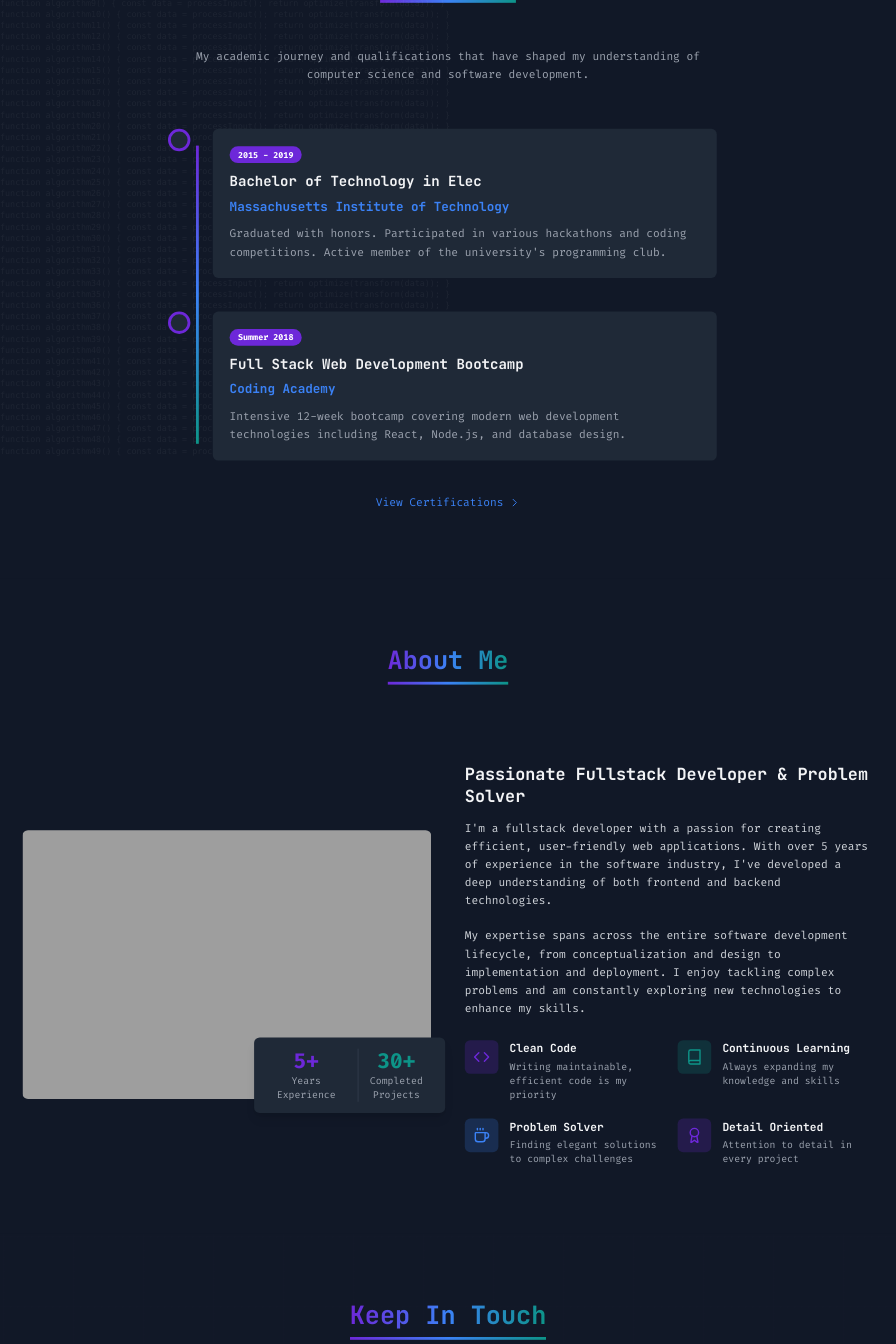
Repository: Saquib45/portfolio
Page: /
An editor plug-in stored every save of this project. The page is shown before and after the next save, followed by the edit.
The browser window is 1280 px wide. The pictures show the part of the page from y = 4210 to 6130 px (the page is 7425 px tall before and 7453 px after), at 70% of full size.
Pictures or frames that could not be fetched are drawn as grey boxes. The project was rebuilt for these pictures with package versions that can differ from the ones it lists, and the page was loaded fresh each time. Also part of the build but not shown: vite.config.ts.

Above is the page before, as saved 2025-04-24 14:16:02.

### index.html
<!doctype html>
<html lang="en">
  <head>
    <meta charset="UTF-8" />
    <link rel="icon" type="image/svg+xml" href="/vite.svg" />
    <meta name="viewport" content="width=device-width, initial-scale=1.0" />
    <title>Developer Portfolio | Fullstack Software Engineer</title>
    <link rel="preconnect" href="https://fonts.googleapis.com">
    <link rel="preconnect" href="https://fonts.gstatic.com" crossorigin>
    <link href="https://fonts.googleapis.com/css2?family=JetBrains+Mono:wght@400;500;700&family=Fira+Code:wght@300;400;500;700&display=swap" rel="stylesheet">
  </head>
  <body>
    <div id="root"></div>
    <script type="module" src="/src/main.tsx"></script>
  </body>
</html>

### src/App.tsx
import React from 'react';
import Navbar from './components/Navbar';
import Hero from './components/Hero';
import Skills from './components/Skills';
import Projects from './components/Projects';
import Education from './components/Education';
import About from './components/About';
import Contact from './components/Contact';
import Footer from './components/Footer';
import FloatingNav from './components/FloatingNav';

function App() {
  return (
    <div className="bg-gray-900 text-gray-100 font-fira">
      <Navbar />
      <main>
        <Hero />
        <Skills />
        <Projects />
        <Education />
        <About />
        <Contact />
      </main>
      <Footer />
      <FloatingNav />
    </div>
  );
}

export default App;

### src/index.css
@tailwind base;
@tailwind components;
@tailwind utilities;

@layer base {
  html {
    scroll-behavior: smooth;
  }

  body {
    @apply bg-gray-900 text-gray-100;
    overflow-x: hidden;
  }

  h1, h2, h3, h4, h5, h6 {
    @apply font-jetbrains font-bold;
  }

  h1 {
    @apply text-4xl md:text-5xl lg:text-6xl;
  }

  h2 {
    @apply text-3xl md:text-4xl;
  }

  h3 {
    @apply text-2xl md:text-3xl;
  }

  p {
    @apply leading-relaxed;
  }
}

@layer components {
  .container-custom {
    @apply container mx-auto px-4 sm:px-6 lg:px-8 max-w-7xl;
  }

  .gradient-text {
    @apply bg-clip-text text-transparent bg-gradient-to-r from-primary via-accent to-secondary;
  }

  .section-padding {
    @apply py-16 md:py-24;
  }

  .section-title {
    @apply text-3xl md:text-4xl font-bold mb-12 text-center relative pb-4 inline-block;
  }

  .section-title::after {
    content: '';
    @apply absolute bottom-0 left-0 w-full h-1 bg-gradient-to-r from-primary via-accent to-secondary;
  }

  .card {
    @apply bg-gray-800 rounded-lg p-6 transition-all;
  }

  .btn {
    @apply inline-flex items-center justify-center px-6 py-3 rounded-lg font-medium transition-all duration-300 focus:outline-none focus:ring-2 focus:ring-offset-2 focus:ring-offset-gray-900;
  }

  .btn-primary {
    @apply bg-primary hover:bg-primary-600 text-white focus:ring-primary;
  }

  .btn-secondary {
    @apply bg-secondary hover:bg-secondary-600 text-white focus:ring-secondary;
  }

  .btn-accent {
    @apply bg-accent hover:bg-accent-600 text-white focus:ring-accent;
  }

  .btn-outline {
    @apply border-2 border-gray-600 hover:border-primary hover:text-primary focus:ring-primary;
  }

  .input {
    @apply block w-full px-4 py-3 bg-gray-800 border border-gray-700 rounded-lg focus:outline-none focus:ring-2 focus:ring-primary focus:border-transparent transition-colors;
  }
}

/* Scroll animations */
.fade-in-section {
  opacity: 0;
  transform: translateY(20px);
  transition: opacity 0.6s ease-out, transform 0.6s ease-out;
}

.fade-in-section.is-visible {
  opacity: 1;
  transform: translateY(0);
}

/* Project card hover effect */
.project-card {
  transition: transform 0.3s ease, box-shadow 0.3s ease;
}

.project-card:hover {
  transform: translateY(-5px);
  box-shadow: 0 10px 20px rgba(0, 0, 0, 0.2);
}

/* Cursor animation */
.cursor {
  display: inline-block;
  width: 2px;
  height: 1em;
  background-color: currentColor;
  margin-left: 2px;
  animation: blink 1s infinite;
}

@keyframes blink {
  0%, 100% { opacity: 1; }
  50% { opacity: 0; }
}

/* Skill card hover effect */
.skill-card {
  transition: all 0.3s ease;
}

.skill-card:hover {
  transform: translateY(-5px);
  box-shadow: 0 0 15px rgba(109, 40, 217, 0.5);
}

### src/components/Hero.tsx
import React from 'react';
import { motion } from 'framer-motion';
import { TypeAnimation } from 'react-type-animation';
import { ChevronDown } from 'lucide-react';
import { Link } from 'react-scroll';

const Hero: React.FC = () => {
  return (
    <section
      id="hero"
      className="relative min-h-screen flex items-center justify-center bg-hero-pattern bg-gray-900 overflow-hidden"
    >
      <div className="absolute inset-0 bg-gradient-radial from-transparent to-gray-900 z-0"></div>

      {/* Animated Background Elements */}
      <div className="absolute inset-0 z-0">
        <motion.div
          className="absolute top-1/4 left-1/4 w-64 h-64 bg-primary/20 rounded-full blur-3xl"
          animate={{
            x: [0, 50, 0],
            y: [0, 30, 0],
          }}
          transition={{
            duration: 15,
            repeat: Infinity,
            ease: "easeInOut"
          }}
        />
        <motion.div
          className="absolute bottom-1/3 right-1/3 w-96 h-96 bg-secondary/20 rounded-full blur-3xl"
          animate={{
            x: [0, -70, 0],
            y: [0, 40, 0],
          }}
          transition={{
            duration: 18,
            repeat: Infinity,
            ease: "easeInOut",
            delay: 1
          }}
        />
        <motion.div
          className="absolute top-1/2 right-1/4 w-72 h-72 bg-accent/20 rounded-full blur-3xl"
          animate={{
            x: [0, 60, 0],
            y: [0, -40, 0],
          }}
          transition={{
            duration: 20,
            repeat: Infinity,
            ease: "easeInOut",
            delay: 2
          }}
        />
      </div>

      <div className="container-custom relative z-10">
        <motion.div
          className="text-center"
          initial={{ opacity: 0, y: 20 }}
          animate={{ opacity: 1, y: 0 }}
          transition={{ duration: 0.8 }}
        >
          <motion.p
            className="text-lg md:text-xl text-accent mb-4"
            initial={{ opacity: 0 }}
            animate={{ opacity: 1 }}
            transition={{ delay: 0.2, duration: 0.8 }}
          >
            Hello, I'm
          </motion.p>

          <motion.h1
            className="text-4xl md:text-6xl lg:text-7xl font-bold mb-6"
            initial={{ opacity: 0 }}
            animate={{ opacity: 1 }}
            transition={{ delay: 0.4, duration: 0.8 }}
          >
            <span className="gradient-text">Sakib Maniyar</span>
          </motion.h1>

          <motion.div
            className="text-xl md:text-3xl text-gray-300 mb-8 h-16 flex justify-center items-center"
            initial={{ opacity: 0 }}
            animate={{ opacity: 1 }}
            transition={{ delay: 0.6, duration: 0.8 }}
          >
            <TypeAnimation
              sequence={[
                'Fullstack Developer',
                2000,
                'Software Developer',
                2000,
                'Problem Solver',
                2000,
                'Code Craftsman',
                2000,
              ]}
              speed={50}
              repeat={Infinity}
              className="font-jetbrains"
            />
          </motion.div>

          <motion.div
            className="flex flex-col sm:flex-row justify-center gap-4"
            initial={{ opacity: 0 }}
            animate={{ opacity: 1 }}
            transition={{ delay: 0.8, duration: 0.8 }}
          >
            <Link
              to="projects"
              smooth={true}
              duration={800}
              offset={-70}
              className="btn btn-primary"
            >
              View My Work
            </Link>
            <Link
              to="contact"
              smooth={true}
              duration={800}
              offset={-70}
              className="btn btn-outline"
            >
              Contact Me
            </Link>
          </motion.div>
        </motion.div>
      </div>

      <div className="absolute bottom-8 left-1/2 transform -translate-x-1/2 z-10">
        <motion.div
          animate={{ y: [0, 10, 0] }}
          transition={{
            duration: 1.5,
            repeat: Infinity,
            ease: "easeInOut"
          }}
        >
          <Link
            to="skills"
            smooth={true}
            duration={800}
            className="cursor-pointer"
          >
            <ChevronDown className="w-8 h-8 text-gray-400 hover:text-white transition-colors" />
          </Link>
        </motion.div>
      </div>
    </section>
  );
};

export default Hero;

### src/components/Education.tsx
import React from 'react';
import { motion } from 'framer-motion';
import { useInView } from 'react-intersection-observer';

interface EducationItem {
  degree: string;
  institution: string;
  period: string;
  description: string;
}

const Education: React.FC = () => {
  const [ref, inView] = useInView({
    triggerOnce: true,
    threshold: 0.1,
  });

  const containerVariants = {
    hidden: { opacity: 0 },
    visible: {
      opacity: 1,
      transition: {
        staggerChildren: 0.3,
      },
    },
  };

  const itemVariants = {
    hidden: { x: -50, opacity: 0 },
    visible: {
      x: 0,
      opacity: 1,
      transition: { duration: 0.6, ease: "easeOut" },
    },
  };

  const education: EducationItem[] = [
    // {
    //   degree: "Master of Science in Computer Science",
    //   institution: "Stanford University",
    //   period: "2019 - 2021",
    //   description: "Specialized in Artificial Intelligence and Machine Learning. Completed thesis on 'Neural Network Optimization Techniques for Real-time Applications'."
    // },
    {
      degree: "Bachelor of Technology in Elec",
      institution: "Massachusetts Institute of Technology",
      period: "2015 - 2019",
      description: "Graduated with honors. Participated in various hackathons and coding competitions. Active member of the university's programming club."
    },
    {
      degree: "Full Stack Web Development Bootcamp",
      institution: "Coding Academy",
      period: "Summer 2018",
      description: "Intensive 12-week bootcamp covering modern web development technologies including React, Node.js, and database design."
    },
  ];

  return (
    <section id="education" className="section-padding bg-gray-900 relative overflow-hidden">
      <div className="container-custom">
        <div className="text-center mb-16">
          <h2 className="section-title inline-block">
            <span className="gradient-text">Education</span>
          </h2>
          <p className="mt-4 text-gray-400 max-w-3xl mx-auto">
            My academic journey and qualifications that have shaped my understanding of computer science and software development.
          </p>
        </div>

        {/* Decorative code background */}
        <div className="absolute inset-0 opacity-5 text-xs font-mono overflow-hidden pointer-events-none">
          {Array.from({ length: 50 }).map((_, i) => (
            <div key={i} className="whitespace-nowrap">
              {`function algorithm${i}() { const data = processInput(); return optimize(transform(data)); }`}
            </div>
          ))}
        </div>

        <motion.div
          ref={ref}
          variants={containerVariants}
          initial="hidden"
          animate={inView ? "visible" : "hidden"}
          className="relative z-10 max-w-3xl mx-auto"
        >
          <div className="absolute left-6 top-6 bottom-6 w-1 bg-gradient-to-b from-primary via-accent to-secondary"></div>

          {education.map((item, index) => (
            <motion.div
              key={index}
              variants={itemVariants}
              className="mb-12 ml-12 relative"
            >
              <div className="absolute -left-16 top-0 w-8 h-8 bg-gray-800 border-4 border-primary rounded-full"></div>
              <div className="bg-gray-800 rounded-lg p-6 hover:shadow-lg transition-shadow">
                <span className="inline-block px-3 py-1 text-xs font-semibold text-white bg-primary rounded-full mb-3">
                  {item.period}
                </span>
                <h3 className="text-xl font-bold mb-2">{item.degree}</h3>
                <h4 className="text-lg text-accent mb-3">{item.institution}</h4>
                <p className="text-gray-400">{item.description}</p>
              </div>
            </motion.div>
          ))}
        </motion.div>

        <div className="mt-12 text-center relative z-10">
          <a
            href="#"
            className="inline-flex items-center text-accent hover:text-primary transition-colors"
          >
            <span>View Certifications</span>
            <svg
              xmlns="http://www.w3.org/2000/svg"
              className="h-4 w-4 ml-2"
              fill="none"
              viewBox="0 0 24 24"
              stroke="currentColor"
            >
              <path
                strokeLinecap="round"
                strokeLinejoin="round"
                strokeWidth={2}
                d="M9 5l7 7-7 7"
              />
            </svg>
          </a>
        </div>
      </div>
    </section>
  );
};

export default Education;

### src/components/Footer.tsx
import React from 'react';
import { Github, Linkedin, Twitter, ArrowUp } from 'lucide-react';
import { Link } from 'react-scroll';

const Footer: React.FC = () => {
  const currentYear = new Date().getFullYear();

  return (
    <footer className="bg-gray-950 pt-16 pb-6 relative">
      <div className="container-custom">
        <div className="grid grid-cols-1 md:grid-cols-2 lg:grid-cols-4 gap-8 mb-12">
          <div>
            <h4 className="text-xl font-bold mb-4 gradient-text">
              DEVFOLIO
            </h4>
            <p className="text-gray-400 mb-4">
              Fullstack developer specializing in building exceptional digital experiences.
            </p>
            <div className="flex space-x-4">
              <a
                href="https://github.com"
                target="_blank"
                rel="noopener noreferrer"
                className="text-gray-400 hover:text-primary transition-colors"
                aria-label="GitHub"
              >
                <Github size={20} />
              </a>
              <a
                href="https://linkedin.com"
                target="_blank"
                rel="noopener noreferrer"
                className="text-gray-400 hover:text-accent transition-colors"
                aria-label="LinkedIn"
              >
                <Linkedin size={20} />
              </a>
              <a
                href="https://twitter.com"
                target="_blank"
                rel="noopener noreferrer"
                className="text-gray-400 hover:text-secondary transition-colors"
                aria-label="Twitter"
              >
                <Twitter size={20} />
              </a>
            </div>
          </div>

          <div>
            <h4 className="text-lg font-bold mb-4">Navigation</h4>
            <ul className="space-y-2">
              {['Home', 'Skills', 'Projects', 'Education', 'About', 'Contact'].map((item) => (
                <li key={item}>
                  <Link
                    to={item.toLowerCase()}
                    smooth={true}
                    duration={500}
                    offset={-70}
                    className="text-gray-400 hover:text-primary transition-colors cursor-pointer"
                  >
                    {item}
                  </Link>
                </li>
              ))}
            </ul>
          </div>

          <div>
            <h4 className="text-lg font-bold mb-4">Services</h4>
            <ul className="space-y-2">
              {['Web Development', 'Frontend Design', 'Backend Systems', 'API Development', 'Database Design', 'UI/UX Design'].map((item) => (
                <li key={item}>
                  <span className="text-gray-400 cursor-default">{item}</span>
                </li>
              ))}
            </ul>
          </div>

          <div>
            <h4 className="text-lg font-bold mb-4">Contact</h4>
            <ul className="space-y-2 text-gray-400">
              <li>San Francisco, California</li>
              <li>contact@johndoe.dev</li>
              <li>+1 (234) 567-8900</li>
            </ul>
          </div>
        </div>

        <div className="border-t border-gray-800 pt-6 mt-6 flex flex-col sm:flex-row justify-between items-center">
          <p className="text-gray-500 text-sm mb-4 sm:mb-0">
            &copy; {currentYear} John Doe. All rights reserved.
          </p>
          <Link
            to="hero"
            smooth={true}
            duration={800}
            className="p-3 bg-gray-800 rounded-full text-gray-400 hover:text-white transition-colors cursor-pointer"
            aria-label="Back to top"
          >
            <ArrowUp size={20} />
          </Link>
        </div>
      </div>
    </footer>
  );
};

export default Footer;

### src/components/FloatingNav.tsx
import React, { useState, useEffect } from 'react';
import { Link } from 'react-scroll';
import { Home, Code, Briefcase, GraduationCap, User, Mail, Menu, X } from 'lucide-react';

const FloatingNav: React.FC = () => {
  const [isVisible, setIsVisible] = useState(false);
  const [isOpen, setIsOpen] = useState(false);

  useEffect(() => {
    const toggleVisibility = () => {
      if (window.scrollY > 300) {
        setIsVisible(true);
      } else {
        setIsVisible(false);
        setIsOpen(false);
      }
    };

    window.addEventListener('scroll', toggleVisibility);
    return () => window.removeEventListener('scroll', toggleVisibility);
  }, []);

  const toggleMenu = () => {
    setIsOpen(!isOpen);
  };

  const navItems = [
    { name: 'Home', icon: <Home size={18} />, target: 'hero' },
    { name: 'Skills', icon: <Code size={18} />, target: 'skills' },
    { name: 'Projects', icon: <Briefcase size={18} />, target: 'projects' },
    { name: 'Education', icon: <GraduationCap size={18} />, target: 'education' },
    { name: 'About', icon: <User size={18} />, target: 'about' },
    { name: 'Contact', icon: <Mail size={18} />, target: 'contact' },
  ];

  if (!isVisible) return null;

  return (
    <div className="fixed bottom-6 right-6 z-50">
      <button
        onClick={toggleMenu}
        className={`w-12 h-12 rounded-full flex items-center justify-center ${
          isOpen ? 'bg-primary text-white' : 'bg-gray-800 text-white'
        } shadow-lg hover:shadow-xl transition-all duration-300 focus:outline-none`}
        aria-label={isOpen ? 'Close navigation menu' : 'Open navigation menu'}
      >
        {isOpen ? <X size={20} /> : <Menu size={20} />}
      </button>

      {isOpen && (
        <div className="absolute right-0 bottom-16 p-2 bg-gray-800 rounded-lg shadow-xl">
          <ul className="space-y-2">
            {navItems.map((item) => (
              <li key={item.name}>
                <Link
                  to={item.target}
                  smooth={true}
                  duration={500}
                  offset={-70}
                  onClick={() => setIsOpen(false)}
                  className="flex items-center px-4 py-2 rounded-lg hover:bg-gray-700 text-gray-300 hover:text-white transition-colors cursor-pointer"
                >
                  <span className="mr-3">{item.icon}</span>
                  <span>{item.name}</span>
                </Link>
              </li>
            ))}
          </ul>
        </div>
      )}
    </div>
  );
};

export default FloatingNav;

Loaded but not shown: src/main.tsx (common file); tailwind.config.js (68 lines, source omitted); src/components/Contact.tsx (242 lines, source omitted); src/components/Skills.tsx (144 lines, source omitted); src/components/Projects.tsx (163 lines, source omitted); src/components/About.tsx (113 lines, source omitted); src/components/Navbar.tsx (154 lines, source omitted)

After the next save:
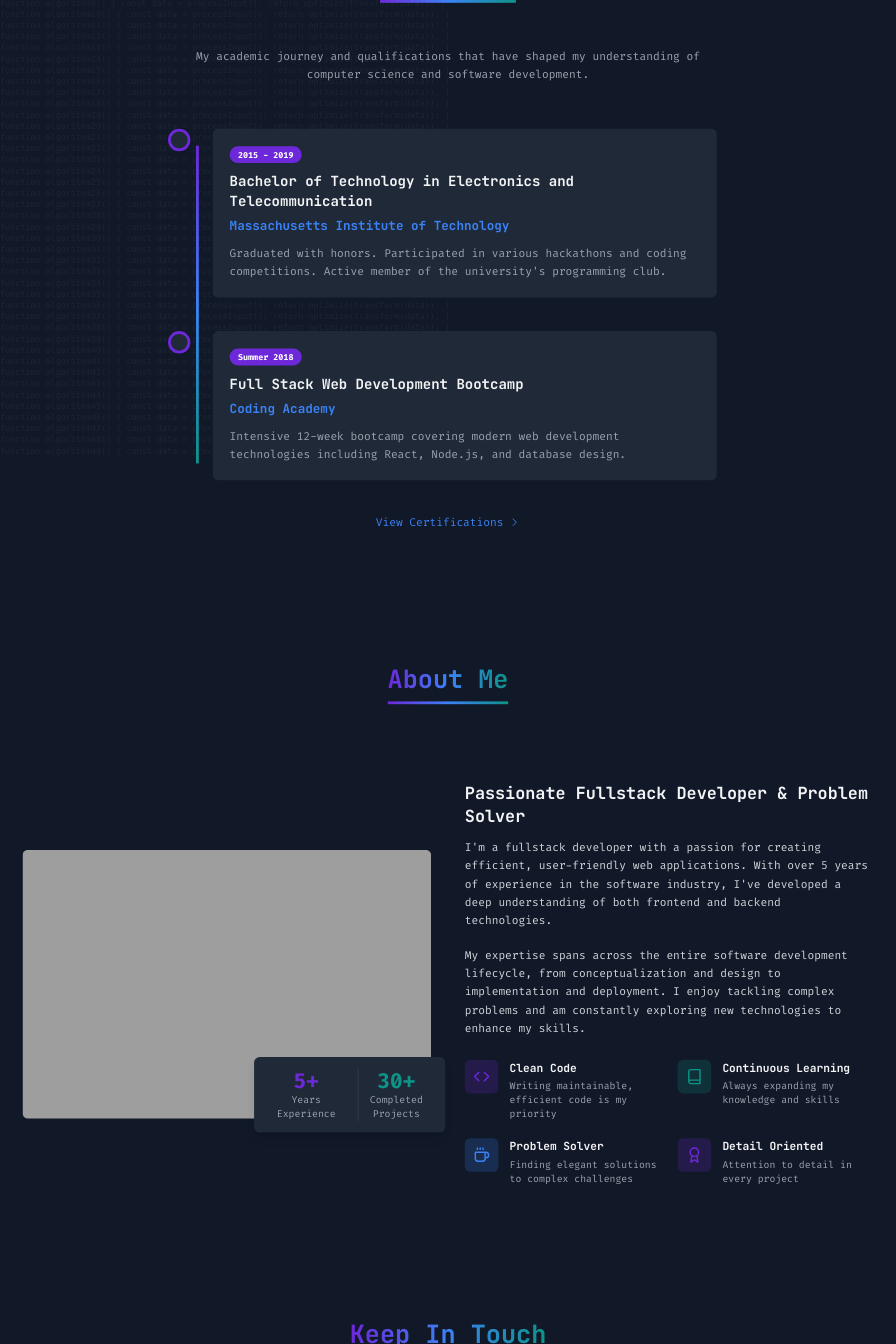
Saved 9 s later.
--- a/src/components/Education.tsx
+++ b/src/components/Education.tsx
@@ -42,7 +42,7 @@ const Education: React.FC = () => {
     //   description: "Specialized in Artificial Intelligence and Machine Learning. Completed thesis on 'Neural Network Optimization Techniques for Real-time Applications'."
     // },
     {
-      degree: "Bachelor of Technology in Elec",
+      degree: "Bachelor of Technology in Electronics and Telecommunication",
       institution: "Massachusetts Institute of Technology",
       period: "2015 - 2019",
       description: "Graduated with honors. Participated in various hackathons and coding competitions. Active member of the university's programming club."
